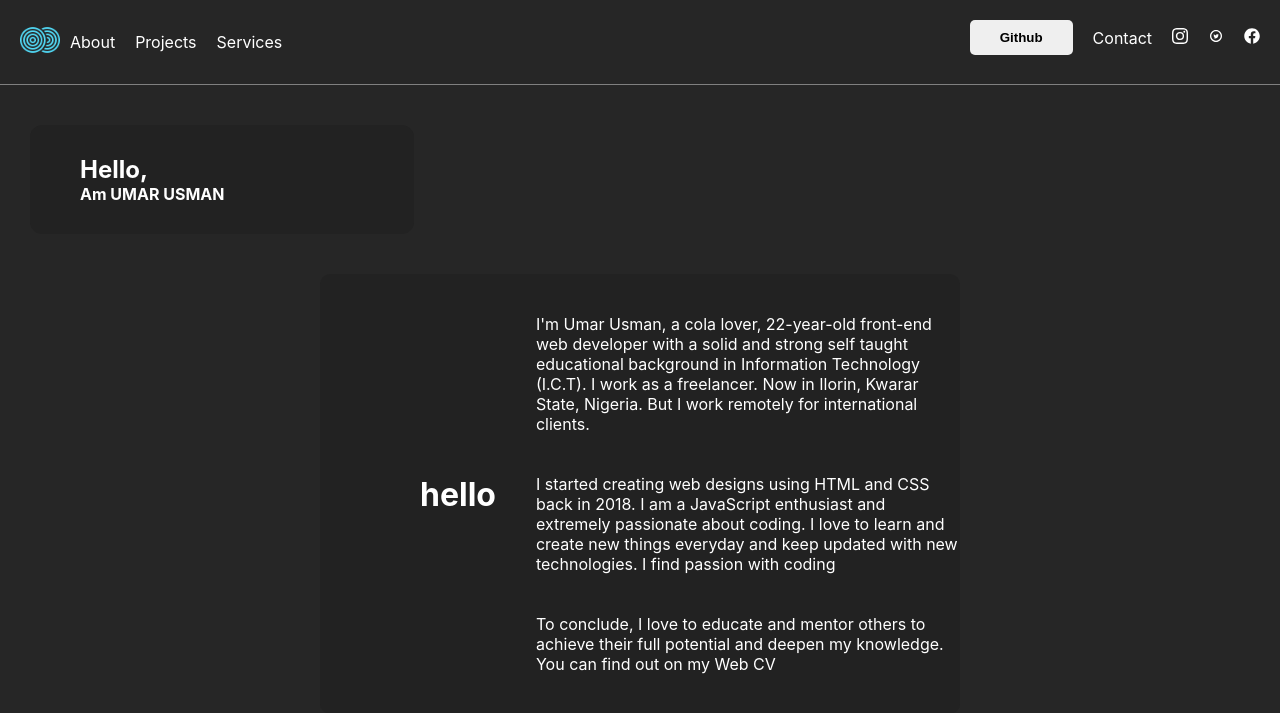
Repository: uh-sman/Portfolio
Page: /
These files come from the project's save history. The page is drawn as it stood at one moment and after the next save; the edit follows.
The browser window is 1280 px wide. The pictures show the whole page.
The project was rebuilt for these pictures with package versions that can differ from the ones it lists, and the page was loaded fresh each time. Also part of the build but not shown: src/components/repositories.css, src/components/repositories.js, src/components/RepositoriesCard.jsx, src/components/projects.css, src/components/Projects.jsx, src/components/Services.jsx.

Above is the page before, as saved 2022-11-19 00:31:13.

### src/index.js
import React from "react";
import ReactDOM from "react-dom/client";
import { BrowserRouter } from "react-router-dom";
import "./index.css";
import App from "./App";

const root = ReactDOM.createRoot(document.getElementById("root"));
root.render(
  <BrowserRouter>
    <React.StrictMode>
      <App />
    </React.StrictMode>
  </BrowserRouter>
);

### src/App.js
import "./App.css";
import { Index } from "./components/index";
import { Route, Routes } from "react-router-dom";
import About from "./components/About";
import "animate.css";
import Projects from "./components/Projects";
import Services from "./components/Services";
// import Services from "./components/Services";
function App() {
  return (
    <div className="App">
      <Index />
      <Routes>
        <Route path="/" element={<About />} />
        <Route path="/projects" element={<Projects />} />
        <Route path="/services" element={<Services />} />
      </Routes>
    </div>
  );
}

export default App;

### src/App.css
* {
  margin: 0px;
  padding: 0px;
  box-sizing: border-box;
  text-decoration: none;
  list-style: none;
}
body {
  /* background: rgb(2, 0, 36);
  background: linear-gradient(
    90deg,
    rgba(2, 0, 36, 1) 0%,
    rgba(4, 14, 33, 1) 90%,
    rgba(5, 52, 61, 1) 100%
  ); */
  background: #262626;
}

### src/components/index.js
import React from "react";
import { Navbar } from "./Navbar";
import { Route, Routes } from "react-router-dom";
export const Index = () => {
  return (
    <div>
      <Navbar />
    </div>
  );
};

### src/components/About.jsx
import React from "react";
import monitor from "../assets/monitor.png";
import "./about.css";
import RepositoriesCard from "./RepositoriesCard";
const About = () => {
  return (
    <div>
      <div className="about">
        <div className="introduction">
          <h2>Hello,</h2>
          <h4>Am UMAR USMAN</h4>
        </div>
        <div className="about-side">
          <div className="about-myself">
            <div className="image-section">
              <h1>hello</h1>
            </div>
            <div className="text-section">
              <p className="text">
                I'm Umar Usman, a cola lover, 22-year-old front-end web
                developer with a solid and strong self taught educational
                background in Information Technology (I.C.T). I work as a
                freelancer. Now in Ilorin, Kwarar State, Nigeria. But I work
                remotely for international clients.
              </p>
              <p className="text">
                I started creating web designs using HTML and CSS back in 2018.
                I am a JavaScript enthusiast and extremely passionate about
                coding. I love to learn and create new things everyday and keep
                updated with new technologies. I find passion with coding
              </p>
              <p className="text">
                To conclude, I love to educate and mentor others to achieve
                their full potential and deepen my knowledge. You can find out
                on my <a>Web CV</a>
              </p>
            </div>
          </div>
        </div>
      </div>
    </div>
  );
};

export default About;

### src/components/Navbar.jsx
import React, { useState } from "react";
import { Link } from "react-router-dom";
import logo from "../assets/ico.png";
import "./navbar.css";
import { Profile } from "./Profile";
export const Navbar = () => {
  const [active, isActive] = useState(false);
  // Get the container element
  // const activeLink = document.querySelector("nav-list");
  // const style = {
  //   backgroundColor: "red",
  //   width: "100%",
  //   height: "100%",
  // };
  // Get all buttons with class="btn" inside the container
  // const btnActive = activeLink.getElementsByClassName("btn");
  // Loop through the buttons and add the active class to the current/clicked button
  // for (var i = 0; i < btnActive.length; i++) {
  //   btnActive[i].addEventListener("click", function () {
  //     var currentMode = document.getElementsByClassName("active");
  //     currentMode[0].className = currentMode[0].className.replace("active", "");
  //     this.className += "active";
  //   });
  // }
  // activeLink.addEventListener()
  return (
    <div>
      <nav className="navbar-container">
        <div className="navbar">
          <div className="navbar-nav">
            <div>
              <a>
                <img src={logo} className="logo" />
              </a>
            </div>
            <ul className="nav-list">
              <Link to="/">
                <a href="">About</a>
              </Link>
              <Link to="/projects">
                <a href="">Projects</a>
              </Link>
              <Link to="/services" className="btn">
                <a href="">Services</a>
              </Link>
            </ul>
          </div>
          <div>
            <Profile />
          </div>
        </div>
      </nav>
    </div>
  );
};

### src/components/about.css
.about {
  color: white;
}
.introduction {
  margin: 40px 30px;
  color: white;
  border-radius: 12px;
  display: flex;
  flex-direction: column;
  width: 30%;
  background: #222222;
  padding: 30px 50px;
}
.about-side {
  display: flex;
  justify-content: center;
  margin: auto;
  height: 30%;
  width: 50%;
}
.about-myself {
  border-radius: 10px;
  background-color: #222222;
  padding: 40px 0px;
  display: flex;
  margin: auto;
  align-items: center;
  justify-content: center;
  /* flex-direction: column; */
  gap: 40px;
}
.image-section {
  margin-left: 100px;
}
.text-section {
  display: flex;
  flex-direction: column;
  gap: 40px;
  width: 70%;
}
.text {
}
.computer-image {
  width: 20px;
  height: 20px;
}

### src/components/navbar.css
.nav-list {
  display: flex;
  align-items: center;
  gap: 20px;
}
.nav-list a {
  color: white;
}
.navbar {
  margin: 20px 20px;
  display: flex;
  justify-content: space-between;
}
.navbar-nav {
  display: flex;
  gap: 10px;
}
.logo {
  width: 40px;
  height: 40px;
  color: white;
}
.navbar-container {
  border-bottom: 0.5px solid gray;
}
/* .btn {
  border: transparent;
  outline: none;
  background: rgba(2, 0, 36, 1) 0%;
} */
/* .active, */
/* .btnSelect:hover {
  border: none;
  border-bottom: 1px solid lightblue;
  cursor: pointer;
} */

@media only screen and (min-width: 200px) and (max-width: 950px) {
  .nav-list {
    display: none;
  }
}

### src/components/Profile.js
import React, { useState } from "react";
import { SiFacebook } from "react-icons/si";
import { FaWhatsapp, FaFacebook, FaRegWindowClose } from "react-icons/fa";
import { TiSocialTwitterCircular } from "react-icons/ti";
import { Link } from "react-router-dom";
import { BsInstagram } from "react-icons/bs";
import burger from "../assets/burger-menu.png";
import close from "../assets/icons8.png";

import "animate.css";
import "./profile.css";
export const Profile = () => {
  const [isActive, setIsActive] = useState(false);

  return (
    <div>
      <div>
        <section className="profile-section ">
          <button className="button">
            <a>Github</a>
          </button>
          <a>Contact</a>
          <a>
            <BsInstagram />
          </a>
          <a>
            <TiSocialTwitterCircular />
          </a>
          <a>
            <FaFacebook />
          </a>
        </section>
        {isActive ? (
          <div className="sidebar-container">
            <div>
              <FaRegWindowClose
                className="close"
                onClick={() => setIsActive(!isActive)}
              />
              {/* <img src={close} /> */}
            </div>
            <section className="sidebar-section ">
              <ul className="links">
                <Link to="/">
                  <a href="">About</a>
                </Link>
                <Link to="/projects">
                  <a href="">Projects</a>
                </Link>
                <Link to="/services">
                  <a href="">Services</a>
                </Link>
                <button className="button">
                  <a className="link">Github</a>
                </button>
                <a>Contact</a>
              </ul>
              <ul className="link-icons">
                <a>
                  <BsInstagram className="instagram" />
                </a>
                <a>
                  <TiSocialTwitterCircular className="twitter" />
                </a>
                <a>
                  <FaFacebook className="facebook" />
                </a>
              </ul>
            </section>
          </div>
        ) : (
          <div>
            <img
              src={burger}
              className="burger-menu"
              onClick={() => setIsActive(!isActive)}
            />
          </div>
        )}
      </div>
    </div>
  );
};

### src/components/profile.css
.profile-section {
  display: flex;
  gap: 20px;
  align-items: center;
  color: white;
}
.links {
  display: flex;
  flex-direction: column;
  /* display: flex; */
  align-items: center;
  gap: 20px;
}
.links a {
  color: white;
}
.sidebar-container {
  display: inline-block;
  /* margin: 0 0.5rem; */
  animation: slideInRight 2s;
  /* animation-duration: 2s; */

  height: 100%;
  width: 40%;
  top: 0px;
  right: 0px;
  background-color: #222222;
  position: absolute;
}
.burger-menu {
  width: 30px;
  height: 30px;
}
.close {
  color: white;
  width: 30px;
  height: 30px;
}
.button {
  padding: 10px 30px;
  box-shadow: gray;
  border: none;
  font-weight: 700;
  border-radius: 5px;
}
.button a {
  color: black;
}
.link-icons {
  margin-top: 20px;
  display: flex;
  align-items: center;
  gap: 10px;
}
.instagram {
  font-size: 20px;
}
.facebook {
  font-size: 20px;
}
.twitter {
  font-size: 30px;
}

@media only screen and (min-width: 200px) and (max-width: 950px) {
  .profile-section {
    display: none;
  }
}
@media only screen and (min-width: 950px) {
  .burger-menu {
    display: none;
  }
}
.sidebar-section {
  margin-top: 40%;
  justify-content: center;
  display: flex;
  flex-direction: column;
  align-items: center;
  color: white;
}
/* animate__slideInRight */

Loaded but not shown: public/index.html (common file); src/index.css (common file)

After the next save:
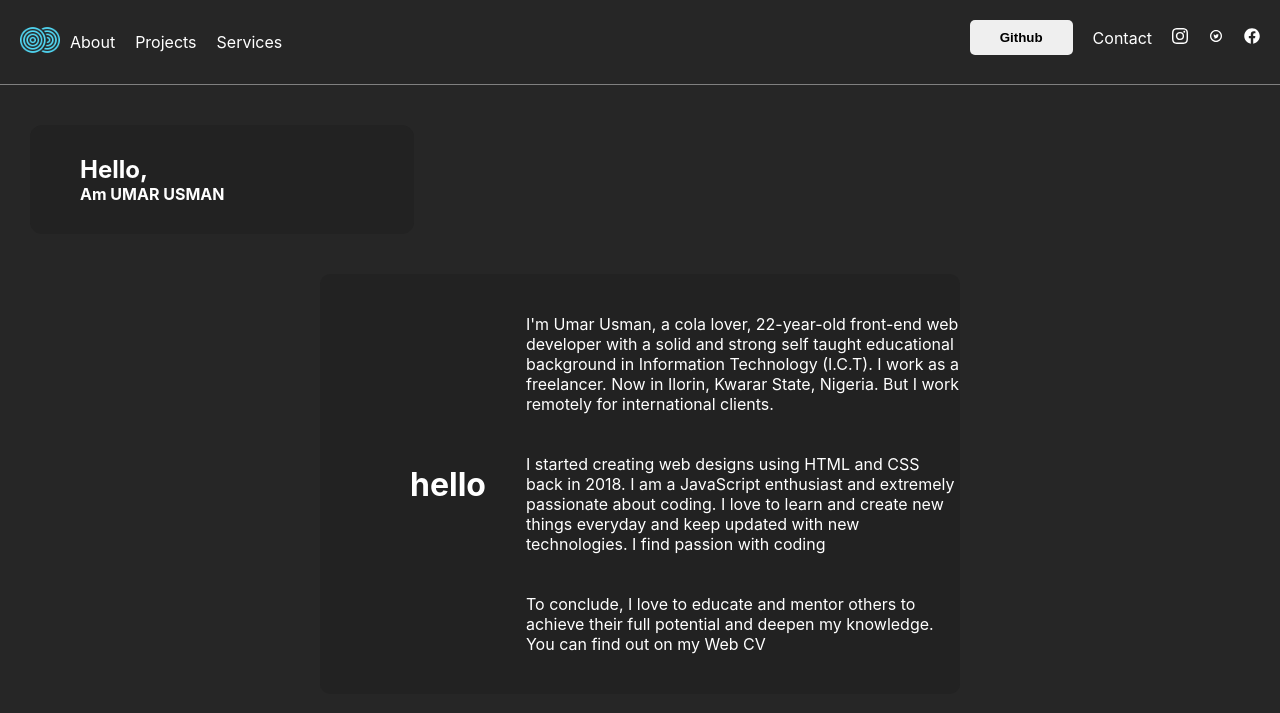
Saved 42 s later.
--- a/src/components/about.css
+++ b/src/components/about.css
@@ -30,7 +30,7 @@
   gap: 40px;
 }
 .image-section {
-  margin-left: 100px;
+  margin-left: 90px;
 }
 .text-section {
   display: flex;
